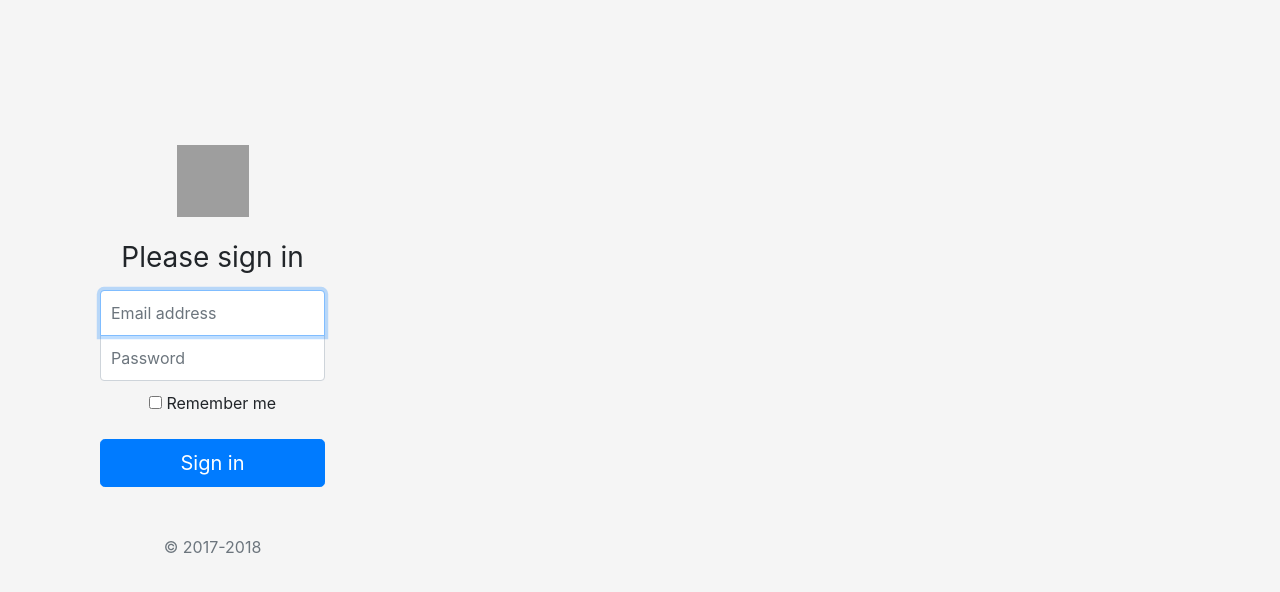
Repository: DonWhelan/Request-Hub
Page: http://localhost/test/test.php
The author's editor kept a record of every edit. The page is drawn from the files as they stood at one moment, then again after the next edit.
The browser window is 1280 px wide. The pictures show the whole page.
Pictures or frames that could not be fetched are drawn as grey boxes. The page is run by PHP 8.4 with error messages shown; the project is at /var/www/html/.

Above is the page before.

After the next edit:
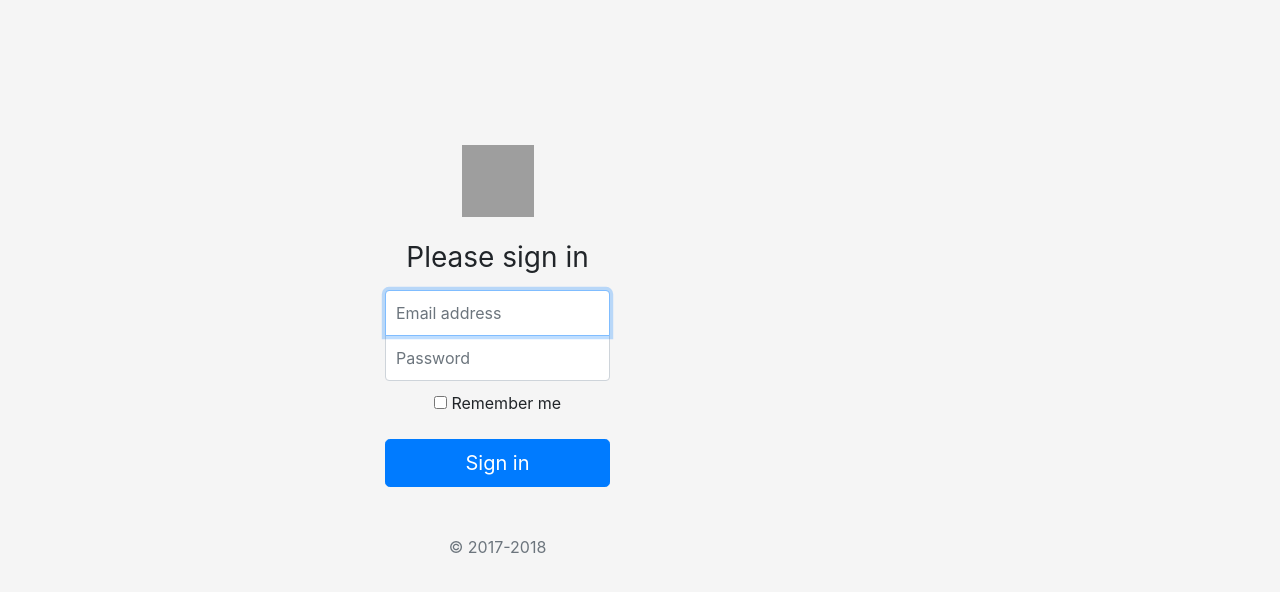
The edit:
--- a/test/test.php
+++ b/test/test.php
@@ -21,6 +21,8 @@
 
         <div class="container">
             <div class="row" >
+                <div class="col-sm-3" >
+                        </div>
               <div class="col-sm-3 col-sm-offset-5 " >
                                               <form class="form-signin">
                                               <img class="mb-4" src="https://getbootstrap.com/assets/brand/bootstrap-solid.svg" alt="" width="72" height="72">
